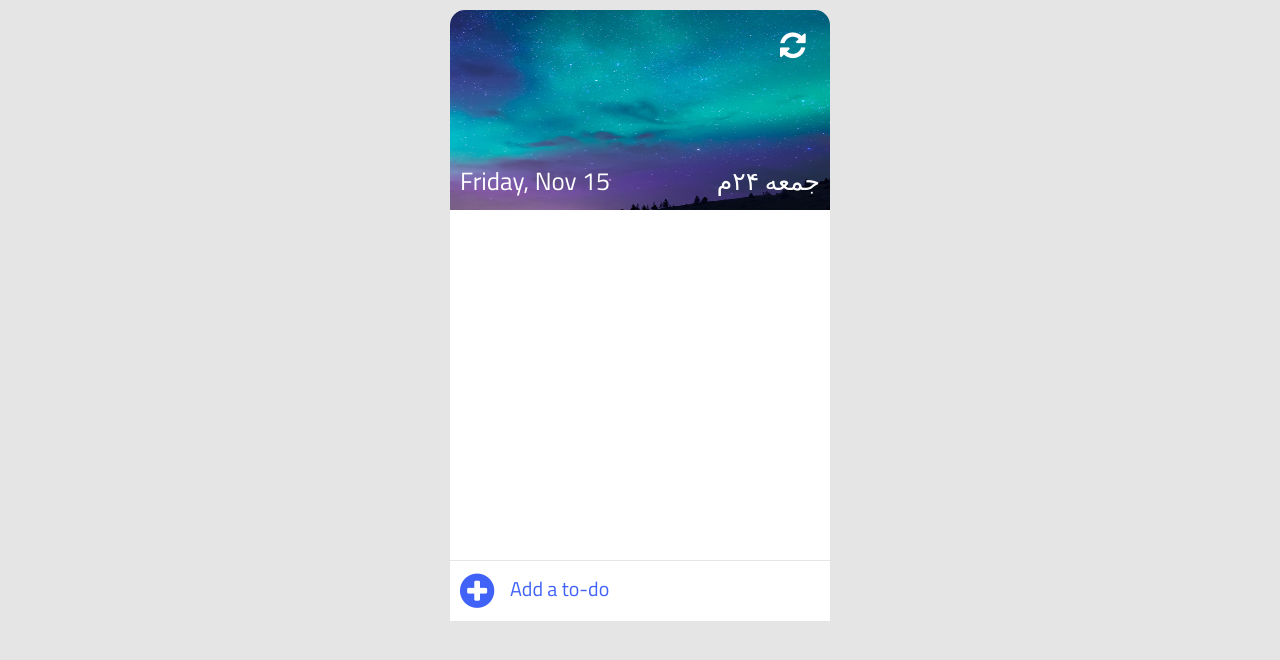
Repository: abouzarSoleymani/todo-js
Page: index.html
These files come from the project's save history. The page is drawn as it stood at one moment and after the next save; the edit follows.
The browser window is 1280 px wide. The pictures show the whole page.

Above is the page before, as saved 2019-11-15 13:38:23.

### index.html
<!-- CODE EXPLAINED CHANNEL -->
<!DOCTYPE html>
<html lang="en">
<head>
    <meta charset="UTF-8">
    <title>JavaScript - To Do List</title>
    <link rel="stylesheet" href="https://fonts.googleapis.com/css?family=Titillium+Web">
    <link rel="stylesheet" href="css/font-awesome.css">
    <link rel="stylesheet" href="css/style.css">
</head>
<body>
    <div class="container">
        <div class="header">
            <div class="clear">
                <i class="fa fa-refresh"></i>
            </div>
            <div id="date"></div>
            <div id="date-fa"></div>
        </div>
        <div class="content">
            <ul id="list">
               <!--
                <li class="item">
                    <i class="fa fa-circle-thin co" job="complete" id="0"></i>
                    <p class="text">Drink Coffee</p>
                    <i class="fa fa-trash-o de" job="delete" id="0"></i>
                </li> -->
            </ul>
        </div>
        <div class="add-to-do">
            <i class="fa fa-plus-circle"></i>
            <input type="text" id="input" placeholder="Add a to-do">
        </div>
    </div>
    <script src="js/app.js"></script>
</body>
</html>

### css/style.css
/* ------------ youtube.com/CodeExplained ------------ */
body{
    padding: 0;
    margin: 0;
    background-color: rgba(0,0,0,0.1);
    font-family: 'Titillium Web', sans-serif;
}

/* ------------ container ------------ */
.container{
    padding:10px;
    width:380px;
    margin:0 auto;
}

/* ------------ header ------------ */
.header{
    width: 380px;
    height:200px;
    background-image: url('../img/bg2.jpg');
    background-size: 100% 200%;
    background-repeat: no-repeat;
    border-radius: 15px 15px 0 0;
    position: relative;
}
.clear{
    width : 30px;
    height: 30px;
    position: absolute;
    right:20px;
    top: 20px;
}
.clear i{
    font-size: 30px;
    color: #FFF;
}
.clear i:hover{
    cursor: pointer;
    text-shadow: 1px 3px 5px #000;
    transform: rotate(45deg);
}
#date{
    position: absolute;
    bottom: 10px;
    left: 10px;
    color: #FFF;
    font-size: 25px;
    font-family: 'Titillium Web', sans-serif;
}
#date-fa{
    position: absolute;
    bottom: 10px;
    right: 10px;
    color: #FFF;
    font-size: 25px;
    font-family: 'Titillium Web', sans-serif;
}

/* ------------ content ------------ */
.content{
    width:380px;
    height: 350px;
    max-height:350px;
    background-color: #FFF;
    overflow: auto;
}
.content::-webkit-scrollbar {
    display: none;
}
.content ul{
    padding:0;
    margin:0;
}
.item{
    width:380px;
    height: 45px;
    min-height: 45px;
    position: relative;
    border-bottom: 1px solid rgba(0,0,0,0.1);
    list-style: none;
    padding: 0;
    margin: 0;
}
.item i.co{
    position: absolute;
    font-size: 25px;
    padding-left:5px;
    left:15px;
    top:10px;
}
.item i.co:hover{
    cursor: pointer;
}
.fa-check-circle{
    color:#6eb200;
}
.item p.text{
    position: absolute;
    padding:0;
    margin:0;
    font-size: 20px;
    left:50px;
    top:5px;
    background-color: #FFF;
    max-width:285px;
}
.lineThrough{
    text-decoration: line-through;
    color : #ccc;
}
.item i.de{
    position: absolute;
    font-size: 25px;
    right:15px;
    top:10px;
}
.item i.de:hover{
    color:#af0000;
    cursor: pointer;
}
/* ------------ add item ------------ */
.add-to-do{
    position: relative;
    width: 360px;
    height:40px;
    background-color: #FFF;
    padding: 10px;
    border-top: 1px solid rgba(0,0,0,0.1);
}
.add-to-do i{
    position: absolute;
    font-size: 40px;
    color: #4162f6;
}

.add-to-do input{
    position: absolute;
    left: 50px;
    height: 35px;
    width: 310px;
    background-color: transparent;
    border: none;
    font-size: 20px;
    padding-left:10px;
}
.add-to-do input::-webkit-input-placeholder { /* Chrome/Opera/Safari */
    color: #4162f6;
    font-family: 'Titillium Web', sans-serif;
    font-size: 20px;
}
.add-to-do input::-moz-placeholder { /* Firefox 19+ */
    color: #4162f6;
    font-family: 'Titillium Web', sans-serif;
    font-size: 20px;
}
.add-to-do input:-ms-input-placeholder { /* IE 10+ */
    color: #4162f6;
    font-family: 'Titillium Web', sans-serif;
    font-size: 20px;
}
.add-to-do input:-moz-placeholder { /* Firefox 18- */
    color: #4162f6;
    font-family: 'Titillium Web', sans-serif;
    font-size: 20px;
}

### js/app.js
// CODE EXPLAINED channel

// Select the Elements
const clear = document.querySelector(".clear");
const dateElementEN = document.getElementById("date");
const dateElementFA = document.getElementById("date-fa");
const list = document.getElementById("list");
const input = document.getElementById("input");

// Classes names
const CHECK = "fa-check-circle";
const UNCHECK = "fa-circle-thin";
const LINE_THROUGH = "lineThrough";

// Variables
let LIST, id;

// get item from localstorage
let data = localStorage.getItem("TODO");

// check if data is not empty
if(data){
    LIST = JSON.parse(data);
    id = LIST.length; // set the id to the last one in the list
    loadList(LIST); // load the list to the user interface
}else{
    // if data isn't empty
    LIST = [];
    id = 0;
}

// load items to the user's interface
function loadList(array){
    array.forEach(function(item){
        addToDo(item.name, item.id, item.done, item.trash);
    });
}

// clear the local storage
clear.addEventListener("click", function(){
    localStorage.clear();
    location.reload();
});

// Show todays date
const optionsEN = {weekday : "long", month:"short", day:"numeric"};
const optionsFA = { weekday : "long", day:"numeric"};
const today = new Date();

dateElementEN.innerHTML = today.toLocaleDateString("en-US", optionsEN);
dateElementFA.innerHTML = today.toLocaleDateString("fa", optionsFA);

// add to do function

function addToDo(toDo, id, done, trash){

    if(trash){ return; }

    const DONE = done ? CHECK : UNCHECK;
    const LINE = done ? LINE_THROUGH : "";

    const item = `<li class="item">
                    <i class="fa ${DONE} co" job="complete" id="${id}"></i>
                    <p class="text ${LINE}">${toDo}</p>
                    <i class="fa fa-trash-o de" job="delete" id="${id}"></i>
                  </li>
                `;

    const position = "beforeend";

    list.insertAdjacentHTML(position, item);
}

// add an item to the list user the enter key
document.addEventListener("keyup",function(even){
    if(event.keyCode == 13){
        const toDo = input.value;

        // if the input isn't empty
        if(toDo){
            addToDo(toDo, id, false, false);

            LIST.push({
                name : toDo,
                id : id,
                done : false,
                trash : false
            });

            // add item to localstorage ( this code must be added where the LIST array is updated)
            localStorage.setItem("TODO", JSON.stringify(LIST));

            id++;
        }
        input.value = "";
    }
});


// complete to do
function completeToDo(element){
    element.classList.toggle(CHECK);
    element.classList.toggle(UNCHECK);
    element.parentNode.querySelector(".text").classList.toggle(LINE_THROUGH);

    LIST[element.id].done = LIST[element.id].done ? false : true;
}

// remove to do
function removeToDo(element){
    element.parentNode.parentNode.removeChild(element.parentNode);

    LIST[element.id].trash = true;
}

// target the items created dynamically

list.addEventListener("click", function(event){
    const element = event.target; // return the clicked element inside list
    const elementJob = element.attributes.job.value; // complete or delete

    if(elementJob == "complete"){
        completeToDo(element);
    }else if(elementJob == "delete"){
        removeToDo(element);
    }

    // add item to localstorage ( this code must be added where the LIST array is updated)
    localStorage.setItem("TODO", JSON.stringify(LIST));
});

Loaded but not shown: css/font-awesome.css (library)

After the next save:
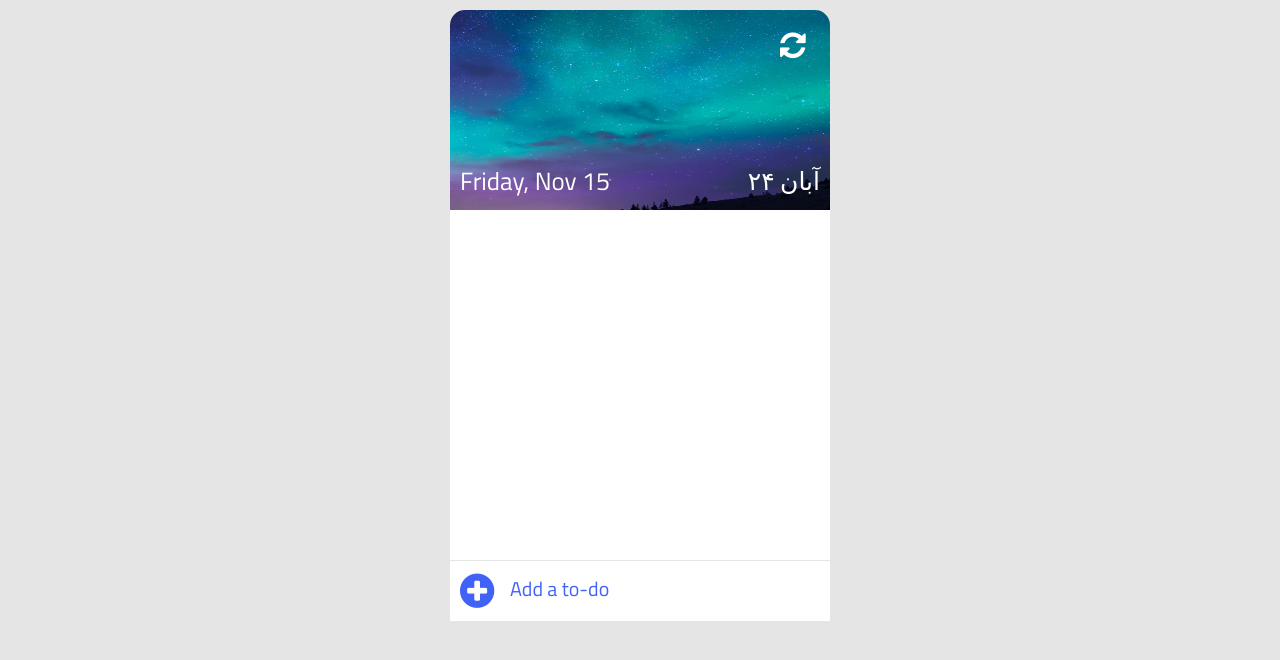
Saved 6 s later.
--- a/js/app.js
+++ b/js/app.js
@@ -44,7 +44,7 @@ clear.addEventListener("click", function(){
 
 // Show todays date
 const optionsEN = {weekday : "long", month:"short", day:"numeric"};
-const optionsFA = { weekday : "long", day:"numeric"};
+const optionsFA = {  month:"short", day:"numeric"};
 const today = new Date();
 
 dateElementEN.innerHTML = today.toLocaleDateString("en-US", optionsEN);
